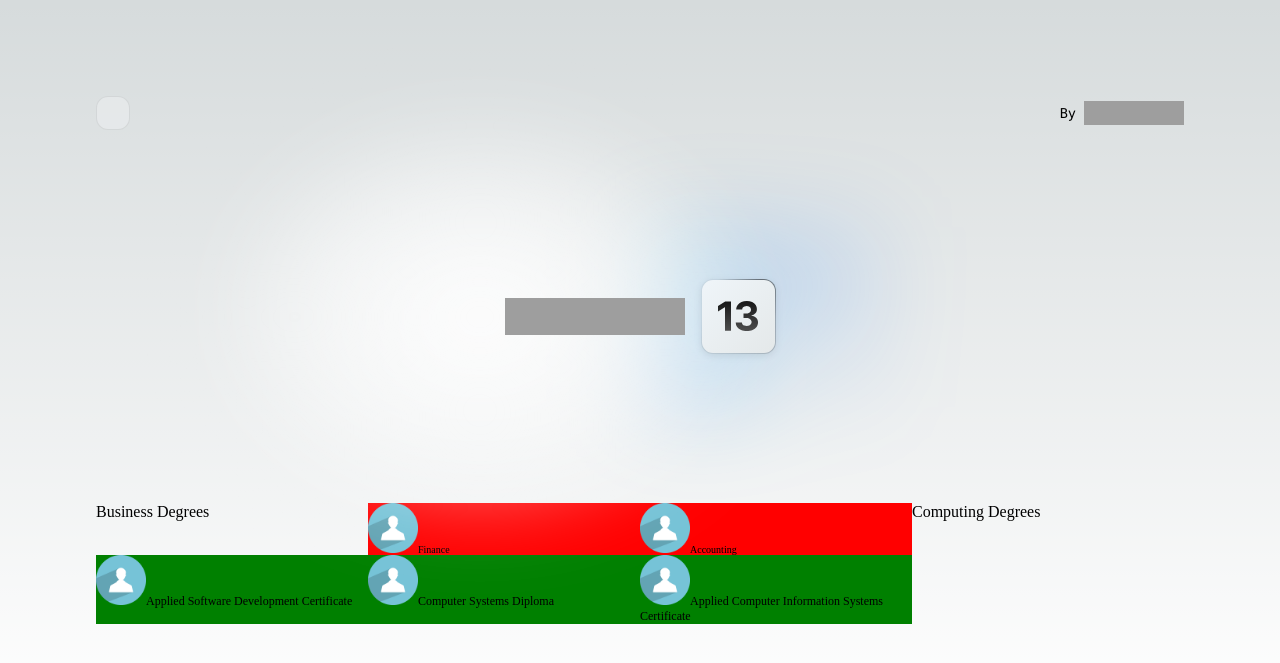
Repository: TeoEstrada9/Week-3-example
Page: /
The author's editor kept a copy of each file at every save. The page is drawn from the files as they stood at one save, then again after the next save.
The browser window is 1280 px wide. The pictures show the whole page.
Pictures or frames that could not be fetched are drawn as grey boxes. The project was rebuilt for these pictures with package versions that can differ from the ones it lists, and the page was loaded fresh each time. The framework's server and built-in components were replaced by stand-ins that run in the browser. Also part of the build but not shown: next.config.js.

Above is the page before, as saved 2023-01-16 11:35:16.

### pages/index.js
import Head from 'next/head'
import Image from 'next/image'
import { Inter } from '@next/font/google'
import styles from '@/styles/Home.module.css'
import data from '../Data/education.json'
import { useState } from 'react'
import Card from '../Components/Card'
import Link from 'next/link'

const inter = Inter({ subsets: ['latin'] })

export default function Home() {

  console.log(data);
  const [information, setInformation] = useState([...data])



  return (
    <>
      <Head>
        <title>Create Next App</title>
        <meta name="description" content="Generated by create next app" />
        <meta name="viewport" content="width=device-width, initial-scale=1" />
        <link rel="icon" href="/favicon.ico" />
      </Head>
      <main className={styles.main}>
        <div className={styles.description}>
          <p>
           <Link href="about"></Link>
          </p>
          <div>
            <a
              href="https://vercel.com?utm_source=create-next-app&utm_medium=default-template&utm_campaign=create-next-app"
              target="_blank"
              rel="noopener noreferrer"
            >
              By{' '}
              <Image
                src="/vercel.svg"
                alt="Vercel Logo"
                className={styles.vercelLogo}
                width={100}
                height={24}
                priority
              />
            </a>
          </div>
        </div>

        <div className={styles.center}>
          <Image
            className={styles.logo}
            src="/next.svg"
            alt="Next.js Logo"
            width={180}
            height={37}
            priority
          />
          <div className={styles.thirteen}>
            <Image
              src="/thirteen.svg"
              alt="13"
              width={40}
              height={31}
              priority
            />
          </div>
        </div>

        <div className={styles.grid}>
          <div>Business Degrees</div>
          {information && information.map((info, index) => {
            if(info.department === "Business")
            return(
              <Card key={index} degree={info.degree} colour="red" font="10px"/>
            )

          })}

        <div>Computing Degrees</div>
          {information && information.map((info, index) => {
            if(info.department === "Computing")
            return(
              <Card key={index} degree={info.degree} colour="green" font="12px"/>
            )

          })}

        </div>
      </main>
    </>
  )
}

### Data/education.json
[
        {
            "studentNumber": "A0004567",
            "firstName": "Person 1",
            "gpa": 3.8,
            "department": "Business",
            "degree": "Finance",
            "graduted": 2014
        },
        {
            "studentNumber": "A0001234",
            "firstName": "Person 2",
            "gpa": 3.5,
            "department": "Business",
            "degree": "Accounting",
            "graduted": 2010
        },
        {
            "studentNumber": "A0007890",
            "firstName": "Person 3",
            "gpa": 3.2,
            "department": "Computing",
            "degree": "Applied Software Development Certificate",
            "graduted": 2018
        },
        {
            "studentNumber": "A0007828",
            "firstName": "Person 4",
            "gpa": 3.9,
            "department": "Computing",
            "degree": "Computer Systems Diploma",
            "graduted": 2021
        },
        {
            "studentNumber": "A0003425",
            "firstName": "Person 5",
            "gpa": 3.2,
            "department": "Computing",
            "degree": "Applied Computer Information Systems Certificate",
            "graduted": 2021
        }
]

### Components/Card/index.js
export default function Card({
    degree = "none",
    colour = "purple",
    font = "0",
    image = "icon/personTwo.png"
}) {
    return (
        <div style={{backgroundColor: colour, fontSize: font}}>
            {
                colour === "red" ? <img src={'icon/person.png'}width="50"/> :
                colour === "blue" ? <img src={'icon/personThree.png'}width="50"/> :
                                    <img src={'icon/person.png'}width="50"/>
            }
            {degree}

        </div>
    )
}

Loaded but not shown: pages/_app.js (common file); pages/_document.js (common file); styles/globals.css (common file); styles/Home.module.css (common file)

After the next save:
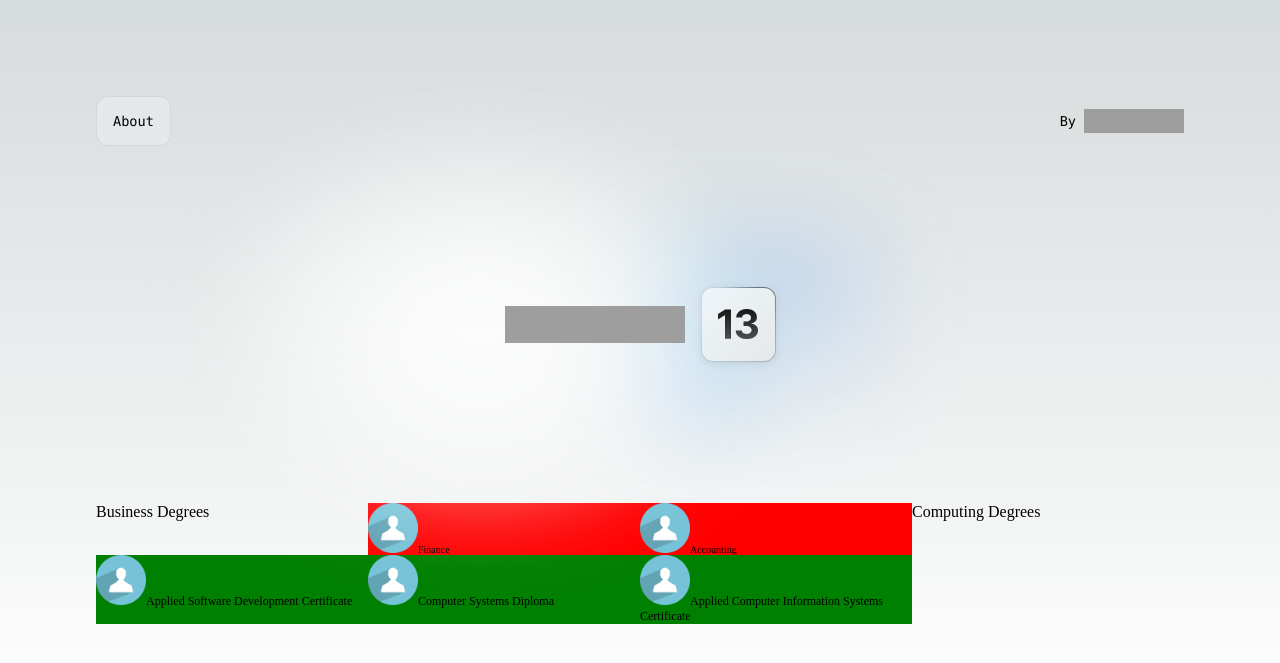
Saved 19 s later.
--- a/pages/index.js
+++ b/pages/index.js
@@ -27,7 +27,7 @@ export default function Home() {
       <main className={styles.main}>
         <div className={styles.description}>
           <p>
-           <Link href="about"></Link>
+           <Link href="about">About</Link>
           </p>
           <div>
             <a
